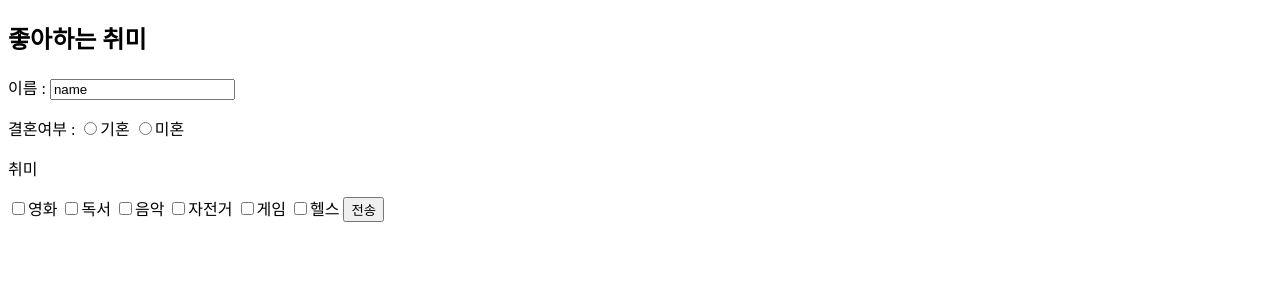
Repository: jdy0120/JSP
Page: http://localhost/basic/multi_args.jsp
These files come from the project's save history. The page is drawn as it stood at one moment and after the next save; the edit follows.
The browser window is 1280 px wide. The pictures show the whole page.
The page is served by Tomcat 9.

Above is the page before, as saved 2020-11-24 07:52:59.

After the next save:
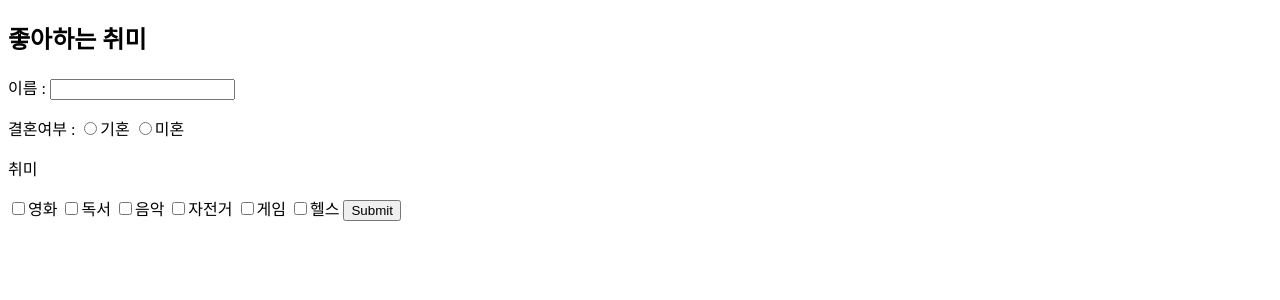
Saved 68 s later.
--- a/work/basic/WebContent/multi_args.jsp
+++ b/work/basic/WebContent/multi_args.jsp
@@ -9,17 +9,17 @@
 <body>
 <h2>좋아하는 취미</h2>
 <form action="multi" method="post">
-	<p>이름 : <input type="text" value="name"></p>
-	<p>결혼여부 : <input type="radio" value="marry">기혼
-	<input type="radio" value="marry">미혼</p>
+	<p>이름 : <input type="text" name="name"></p>
+	<p>결혼여부 : <input type="radio" name="marry">기혼
+	<input type="radio" name="marry">미혼</p>
 	<p>취미</p>
-	<input type="checkbox" value="hobby">영화
-	<input type="checkbox" value="hobby">독서
-	<input type="checkbox" value="hobby">음악
-	<input type="checkbox" value="hobby">자전거
-	<input type="checkbox" value="hobby">게임
-	<input type="checkbox" value="hobby">헬스
-	<button>전송</button>
+	<input type="checkbox" name="hobby">영화
+	<input type="checkbox" name="hobby">독서
+	<input type="checkbox" name="hobby">음악
+	<input type="checkbox" name="hobby">자전거
+	<input type="checkbox" name="hobby">게임
+	<input type="checkbox" name="hobby">헬스
+	<input type="submit">
 </form>
 </body>
 </html>
